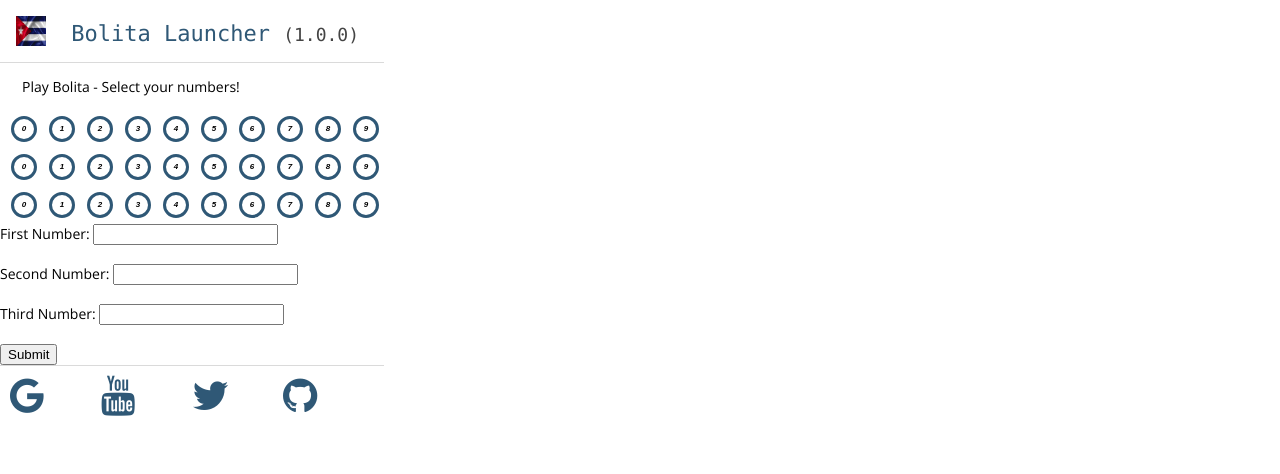
Repository: markymark617/BolitaChromeExtension
Page: popup.html
These files come from the project's save history. The page is drawn as it stood at one moment and after the next save; the edit follows.
The browser window is 1280 px wide. The pictures show the whole page.

Above is the page before, as saved 2020-09-06 14:19:56.

After the next save:
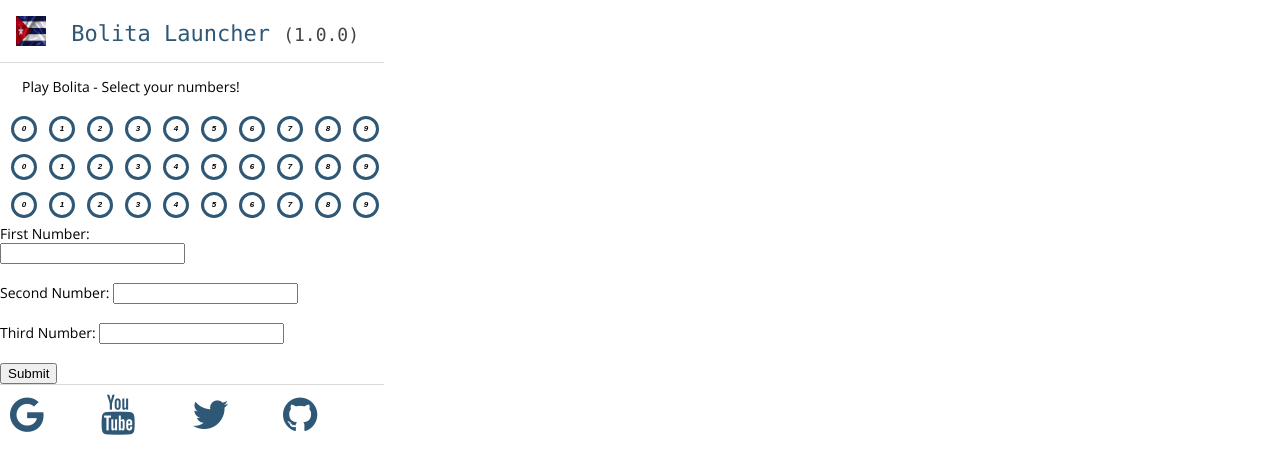
Saved 24 s later.
--- a/popup.html
+++ b/popup.html
@@ -350,7 +350,7 @@
 
     <div class="modal-output">
             <form action="results.html" method="GET">
-                    <label for="firstBetInput">First Number:</label>
+                    <label for="firstBetInput">First Number:</label><br>
                     <input type="text" id="firstBetInput" name="firstBetInput"><br><br>
                     <label for="secondBetInput">Second Number:</label>
                     <input type="text" id="secondBetInput" name="secondBetInput"><br><br>
